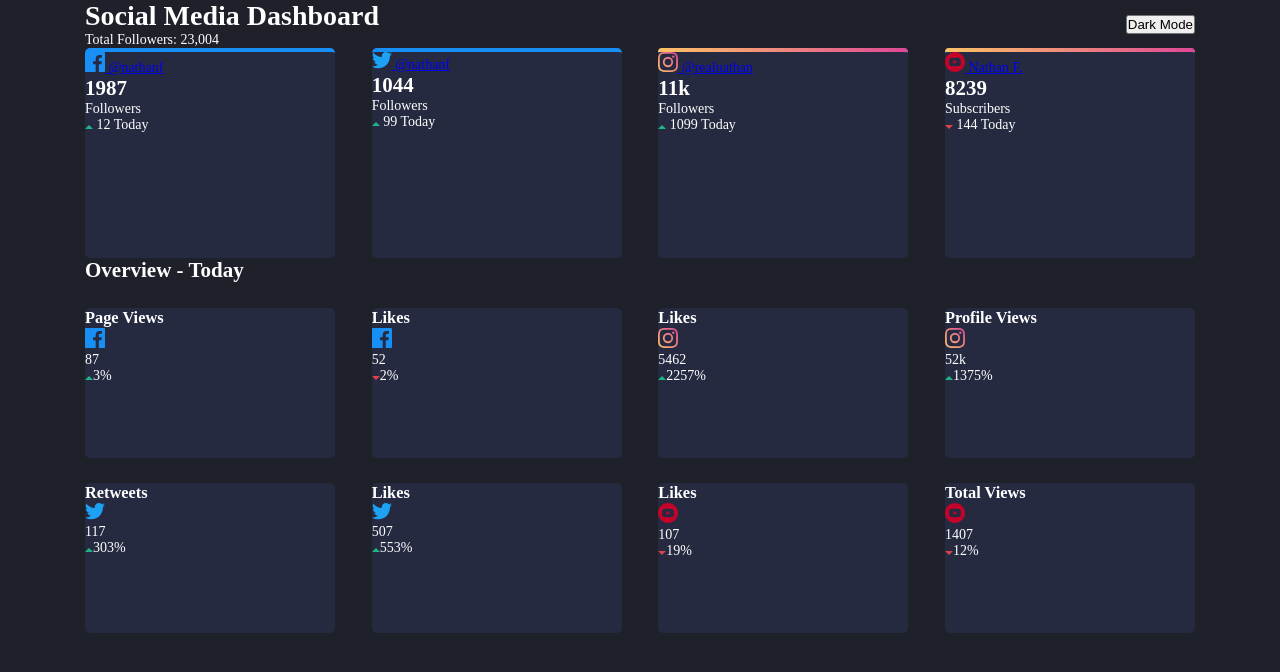
Repository: mamulini/social-media-dashboard-with-theme-switcher-master
Page: index.html
These files come from the project's save history. The page is drawn as it stood at one moment and after the next save; the edit follows.
The browser window is 1280 px wide. The pictures show the whole page.

Above is the page before, as saved 2020-04-06 14:02:25.

### index.html
<!DOCTYPE html>
<html lang="en">

<head>
  <meta charset="UTF-8">
  <meta name="viewport" content="width=device-width, initial-scale=1.0">
  <link rel="icon" type="image/png" sizes="32x32" href="./images/favicon-32x32.png">
  <link rel="stylesheet" href="./css/style.css">
  <title>Frontend Mentor | [Challenge Name Here]</title>
</head>

<body>
  <main class="dashboard container">
    <header class="header">
      <div class="title">
        <h1 class="title__name">Social Media Dashboard</h1>
        <p class="title__total">Total Followers: 23,004</p>
      </div>
      <button class="theme" type="button">Dark Mode</button>
    </header>
    <div class="followers_block">
      <div class="folowers">

        <a class="followers__link" href="#"><svg xmlns="http://www.w3.org/2000/svg" width="20" height="20">
          <path fill="#178FF5" d="M18.896 0H1.104C.494 0 0 .494 0 1.104v17.793C0 19.506.494 20 1.104 20h9.58v-7.745H8.076V9.237h2.606V7.01c0-2.583 1.578-3.99 3.883-3.99 1.104 0 2.052.082 2.329.119v2.7h-1.598c-1.254 0-1.496.597-1.496 1.47v1.928h2.989l-.39 3.018h-2.6V20h5.098c.608 0 1.102-.494 1.102-1.104V1.104C20 .494 19.506 0 18.896 0z"/>
        </svg> @nathanf</a>
        <h2 class="followers__sum">1987</h2>
        <p class="followers__title">Followers</p>
        <p class="followers__today"><svg xmlns="http://www.w3.org/2000/svg" width="8" height="4"><path fill="#1EB589" fill-rule="evenodd" d="M0 4l4-4 4 4z"/></svg> 12 Today</p>
      </div>
      <div class="folowers">
        <a class="followers__link" href="#"><svg xmlns="http://www.w3.org/2000/svg" width="20" height="17"><path fill="#1DA1F2" d="M20 1.924a8.192 8.192 0 01-2.357.646A4.11 4.11 0 0019.448.3a8.22 8.22 0 01-2.606.996A4.096 4.096 0 0013.847 0c-2.65 0-4.596 2.472-3.998 5.037A11.648 11.648 0 011.392.752a4.109 4.109 0 001.27 5.478 4.086 4.086 0 01-1.858-.513C.76 7.616 2.122 9.395 4.095 9.79a4.113 4.113 0 01-1.853.07 4.106 4.106 0 003.833 2.849A8.25 8.25 0 010 14.41a11.616 11.616 0 006.29 1.843c7.618 0 11.922-6.434 11.663-12.205A8.354 8.354 0 0020 1.924z"/></svg> @nathanf</a>
        <h2 class="followers__sum">1044</h2>
        <p class="followers__title">Followers</p>
        <p class="followers__today"><svg xmlns="http://www.w3.org/2000/svg" width="8" height="4"><path fill="#1EB589" fill-rule="evenodd" d="M0 4l4-4 4 4z"/></svg> 99 Today</p>
      </div>
      <div class="folowers folowers--instagram">
        <a class="followers__link" href="#"><svg xmlns="http://www.w3.org/2000/svg" width="20" height="20"><defs><linearGradient id="a" x1="100%" x2="0%" y1="0%" y2="100%"><stop offset="0%" stop-color="#DF4896"/><stop offset="50.913%" stop-color="#EE877E"/><stop offset="100%" stop-color="#FDC366"/></linearGradient></defs><path fill="url(#a)" d="M10 1.802c2.67 0 2.987.01 4.042.059 2.71.123 3.975 1.409 4.099 4.099.048 1.054.057 1.37.057 4.04 0 2.672-.01 2.988-.057 4.042-.124 2.687-1.387 3.975-4.1 4.099-1.054.048-1.37.058-4.041.058-2.67 0-2.987-.01-4.04-.058-2.717-.124-3.977-1.416-4.1-4.1-.048-1.054-.058-1.37-.058-4.041 0-2.67.01-2.986.058-4.04.124-2.69 1.387-3.977 4.1-4.1 1.054-.048 1.37-.058 4.04-.058zM10 0C7.284 0 6.944.012 5.878.06 2.246.227.228 2.242.06 5.877.01 6.944 0 7.284 0 10s.012 3.057.06 4.123c.167 3.632 2.182 5.65 5.817 5.817 1.067.048 1.407.06 4.123.06s3.057-.012 4.123-.06c3.629-.167 5.652-2.182 5.816-5.817.05-1.066.061-1.407.061-4.123s-.012-3.056-.06-4.122C19.777 2.249 17.76.228 14.124.06 13.057.01 12.716 0 10 0zm0 4.865a5.135 5.135 0 100 10.27 5.135 5.135 0 000-10.27zm0 8.468a3.333 3.333 0 110-6.666 3.333 3.333 0 010 6.666zm5.338-9.87a1.2 1.2 0 100 2.4 1.2 1.2 0 000-2.4z"/></svg> @realnathan</a>
        <h2 class="followers__sum">11k</h2>
        <p class="followers__title">Followers</p>
        <p class="followers__today"><svg xmlns="http://www.w3.org/2000/svg" width="8" height="4"><path fill="#1EB589" fill-rule="evenodd" d="M0 4l4-4 4 4z"/></svg> 1099 Today</p>
      </div>
      <div class="folowers folowers--youtube">
        <a class="followers__link" href="#"><svg xmlns="http://www.w3.org/2000/svg" width="20" height="20"><path fill="#C4032B" d="M10 0C4.478 0 0 4.478 0 10c0 5.523 4.478 10 10 10 5.523 0 10-4.477 10-10 0-5.522-4.477-10-10-10zm3.7 14.077c-1.75.12-5.652.12-7.402 0-1.896-.13-2.117-1.059-2.131-4.077.014-3.024.237-3.947 2.131-4.077 1.75-.12 5.652-.12 7.403 0 1.897.13 2.117 1.059 2.132 4.077-.015 3.024-.237 3.947-2.132 4.077zM8.334 8.048l4.098 1.949-4.098 1.955V8.048z"/></svg> Nathan F.</a>
        <h2 class="followers__sum">8239</h2>
        <p class="followers__title">Subscribers</p>
        <p class="followers__today"><svg xmlns="http://www.w3.org/2000/svg" width="8" height="4"><path fill="#DC414C" fill-rule="evenodd" d="M0 0l4 4 4-4z"/></svg> 144 Today</p>
      </div>

    </div>
    <div class="overview">
      <h2 class="overview__title">Overview - Today</h2>
    </div>
    <div class="likes_counter">
      <div class="likes">
        <h3 class="likes__title">Page Views</h3>
        <svg xmlns="http://www.w3.org/2000/svg" width="20" height="20"><path fill="#178FF5" d="M18.896 0H1.104C.494 0 0 .494 0 1.104v17.793C0 19.506.494 20 1.104 20h9.58v-7.745H8.076V9.237h2.606V7.01c0-2.583 1.578-3.99 3.883-3.99 1.104 0 2.052.082 2.329.119v2.7h-1.598c-1.254 0-1.496.597-1.496 1.47v1.928h2.989l-.39 3.018h-2.6V20h5.098c.608 0 1.102-.494 1.102-1.104V1.104C20 .494 19.506 0 18.896 0z"/></svg>
        <p class="likes__num">87</p>
        <p class="likes__procent"><svg xmlns="http://www.w3.org/2000/svg" width="8" height="4"><path fill="#1EB589" fill-rule="evenodd" d="M0 4l4-4 4 4z"/></svg>3%</p>
      </div>
      <div class="likes">
        <h3 class="likes__title">Likes</h3>
        <svg xmlns="http://www.w3.org/2000/svg" width="20" height="20"><path fill="#178FF5" d="M18.896 0H1.104C.494 0 0 .494 0 1.104v17.793C0 19.506.494 20 1.104 20h9.58v-7.745H8.076V9.237h2.606V7.01c0-2.583 1.578-3.99 3.883-3.99 1.104 0 2.052.082 2.329.119v2.7h-1.598c-1.254 0-1.496.597-1.496 1.47v1.928h2.989l-.39 3.018h-2.6V20h5.098c.608 0 1.102-.494 1.102-1.104V1.104C20 .494 19.506 0 18.896 0z"/></svg>
        <p class="likes__num">52</p>
        <p class="likes__procent"><svg xmlns="http://www.w3.org/2000/svg" width="8" height="4"><path fill="#DC414C" fill-rule="evenodd" d="M0 0l4 4 4-4z"/></svg>2%</p>
      </div>
      <div class="likes">
        <h3 class="likes__title">Likes</h3>
        <svg xmlns="http://www.w3.org/2000/svg" width="20" height="20"><defs><linearGradient id="a" x1="100%" x2="0%" y1="0%" y2="100%"><stop offset="0%" stop-color="#DF4896"/><stop offset="50.913%" stop-color="#EE877E"/><stop offset="100%" stop-color="#FDC366"/></linearGradient></defs><path fill="url(#a)" d="M10 1.802c2.67 0 2.987.01 4.042.059 2.71.123 3.975 1.409 4.099 4.099.048 1.054.057 1.37.057 4.04 0 2.672-.01 2.988-.057 4.042-.124 2.687-1.387 3.975-4.1 4.099-1.054.048-1.37.058-4.041.058-2.67 0-2.987-.01-4.04-.058-2.717-.124-3.977-1.416-4.1-4.1-.048-1.054-.058-1.37-.058-4.041 0-2.67.01-2.986.058-4.04.124-2.69 1.387-3.977 4.1-4.1 1.054-.048 1.37-.058 4.04-.058zM10 0C7.284 0 6.944.012 5.878.06 2.246.227.228 2.242.06 5.877.01 6.944 0 7.284 0 10s.012 3.057.06 4.123c.167 3.632 2.182 5.65 5.817 5.817 1.067.048 1.407.06 4.123.06s3.057-.012 4.123-.06c3.629-.167 5.652-2.182 5.816-5.817.05-1.066.061-1.407.061-4.123s-.012-3.056-.06-4.122C19.777 2.249 17.76.228 14.124.06 13.057.01 12.716 0 10 0zm0 4.865a5.135 5.135 0 100 10.27 5.135 5.135 0 000-10.27zm0 8.468a3.333 3.333 0 110-6.666 3.333 3.333 0 010 6.666zm5.338-9.87a1.2 1.2 0 100 2.4 1.2 1.2 0 000-2.4z"/></svg>
        <p class="likes__num">5462</p>
        <p class="likes__procent"><svg xmlns="http://www.w3.org/2000/svg" width="8" height="4"><path fill="#1EB589" fill-rule="evenodd" d="M0 4l4-4 4 4z"/></svg>2257%</p>
      </div>
      <div class="likes">
        <h3 class="likes__title">Profile Views</h3>
        <svg xmlns="http://www.w3.org/2000/svg" width="20" height="20"><defs><linearGradient id="a" x1="100%" x2="0%" y1="0%" y2="100%"><stop offset="0%" stop-color="#DF4896"/><stop offset="50.913%" stop-color="#EE877E"/><stop offset="100%" stop-color="#FDC366"/></linearGradient></defs><path fill="url(#a)" d="M10 1.802c2.67 0 2.987.01 4.042.059 2.71.123 3.975 1.409 4.099 4.099.048 1.054.057 1.37.057 4.04 0 2.672-.01 2.988-.057 4.042-.124 2.687-1.387 3.975-4.1 4.099-1.054.048-1.37.058-4.041.058-2.67 0-2.987-.01-4.04-.058-2.717-.124-3.977-1.416-4.1-4.1-.048-1.054-.058-1.37-.058-4.041 0-2.67.01-2.986.058-4.04.124-2.69 1.387-3.977 4.1-4.1 1.054-.048 1.37-.058 4.04-.058zM10 0C7.284 0 6.944.012 5.878.06 2.246.227.228 2.242.06 5.877.01 6.944 0 7.284 0 10s.012 3.057.06 4.123c.167 3.632 2.182 5.65 5.817 5.817 1.067.048 1.407.06 4.123.06s3.057-.012 4.123-.06c3.629-.167 5.652-2.182 5.816-5.817.05-1.066.061-1.407.061-4.123s-.012-3.056-.06-4.122C19.777 2.249 17.76.228 14.124.06 13.057.01 12.716 0 10 0zm0 4.865a5.135 5.135 0 100 10.27 5.135 5.135 0 000-10.27zm0 8.468a3.333 3.333 0 110-6.666 3.333 3.333 0 010 6.666zm5.338-9.87a1.2 1.2 0 100 2.4 1.2 1.2 0 000-2.4z"/></svg>
        <p class="likes__num">52k</p>
        <p class="likes__procent"><svg xmlns="http://www.w3.org/2000/svg" width="8" height="4"><path fill="#1EB589" fill-rule="evenodd" d="M0 4l4-4 4 4z"/></svg>1375%</p>
      </div>
      <div class="likes">
        <h3 class="likes__title">Retweets</h3>
        <svg xmlns="http://www.w3.org/2000/svg" width="20" height="17"><path fill="#1DA1F2" d="M20 1.924a8.192 8.192 0 01-2.357.646A4.11 4.11 0 0019.448.3a8.22 8.22 0 01-2.606.996A4.096 4.096 0 0013.847 0c-2.65 0-4.596 2.472-3.998 5.037A11.648 11.648 0 011.392.752a4.109 4.109 0 001.27 5.478 4.086 4.086 0 01-1.858-.513C.76 7.616 2.122 9.395 4.095 9.79a4.113 4.113 0 01-1.853.07 4.106 4.106 0 003.833 2.849A8.25 8.25 0 010 14.41a11.616 11.616 0 006.29 1.843c7.618 0 11.922-6.434 11.663-12.205A8.354 8.354 0 0020 1.924z"/></svg>
        <p class="likes__num">117</p>
        <p class="likes__procent"><svg xmlns="http://www.w3.org/2000/svg" width="8" height="4"><path fill="#1EB589" fill-rule="evenodd" d="M0 4l4-4 4 4z"/></svg>303%</p>
      </div>
      <div class="likes">
        <h3 class="likes__title">Likes</h3>
        <svg xmlns="http://www.w3.org/2000/svg" width="20" height="17"><path fill="#1DA1F2" d="M20 1.924a8.192 8.192 0 01-2.357.646A4.11 4.11 0 0019.448.3a8.22 8.22 0 01-2.606.996A4.096 4.096 0 0013.847 0c-2.65 0-4.596 2.472-3.998 5.037A11.648 11.648 0 011.392.752a4.109 4.109 0 001.27 5.478 4.086 4.086 0 01-1.858-.513C.76 7.616 2.122 9.395 4.095 9.79a4.113 4.113 0 01-1.853.07 4.106 4.106 0 003.833 2.849A8.25 8.25 0 010 14.41a11.616 11.616 0 006.29 1.843c7.618 0 11.922-6.434 11.663-12.205A8.354 8.354 0 0020 1.924z"/></svg>
        <p class="likes__num">507</p>
        <p class="likes__procent"><svg xmlns="http://www.w3.org/2000/svg" width="8" height="4"><path fill="#1EB589" fill-rule="evenodd" d="M0 4l4-4 4 4z"/></svg>553%</p>
      </div>
      <div class="likes">
        <h3 class="likes__title">Likes</h3>
        <svg xmlns="http://www.w3.org/2000/svg" width="20" height="20"><path fill="#C4032B" d="M10 0C4.478 0 0 4.478 0 10c0 5.523 4.478 10 10 10 5.523 0 10-4.477 10-10 0-5.522-4.477-10-10-10zm3.7 14.077c-1.75.12-5.652.12-7.402 0-1.896-.13-2.117-1.059-2.131-4.077.014-3.024.237-3.947 2.131-4.077 1.75-.12 5.652-.12 7.403 0 1.897.13 2.117 1.059 2.132 4.077-.015 3.024-.237 3.947-2.132 4.077zM8.334 8.048l4.098 1.949-4.098 1.955V8.048z"/></svg>
        <p class="likes__num">107</p>
        <p class="likes__procent"><svg xmlns="http://www.w3.org/2000/svg" width="8" height="4"><path fill="#DC414C" fill-rule="evenodd" d="M0 0l4 4 4-4z"/></svg>19%</p>
      </div>
      <div class="likes">
        <h3 class="likes__title">Total Views</h3>
        <svg xmlns="http://www.w3.org/2000/svg" width="20" height="20"><path fill="#C4032B" d="M10 0C4.478 0 0 4.478 0 10c0 5.523 4.478 10 10 10 5.523 0 10-4.477 10-10 0-5.522-4.477-10-10-10zm3.7 14.077c-1.75.12-5.652.12-7.402 0-1.896-.13-2.117-1.059-2.131-4.077.014-3.024.237-3.947 2.131-4.077 1.75-.12 5.652-.12 7.403 0 1.897.13 2.117 1.059 2.132 4.077-.015 3.024-.237 3.947-2.132 4.077zM8.334 8.048l4.098 1.949-4.098 1.955V8.048z"/></svg>
        <p class="likes__num">1407</p>
        <p class="likes__procent"><svg xmlns="http://www.w3.org/2000/svg" width="8" height="4"><path fill="#DC414C" fill-rule="evenodd" d="M0 0l4 4 4-4z"/></svg>12%</p>
      </div>
    </div>
  </main>
  <!-- <div class="attribution">
    Challenge by <a href="https://www.frontendmentor.io?ref=challenge" target="_blank">Frontend Mentor</a>.
    Coded by <a href="#">Your Name Here</a>.
  </div> -->
</body>

</html>

### css/style.css
*{
    padding: 0;
    margin: 0;
    box-sizing: border-box;
}

body{
    font-size: 14px;
    background: hsl(230, 17%, 14%);
    color: #ffffff;
}

.container{
    max-width: 1110px;
    margin: 0 auto;

}

.header{
    display: flex;
    justify-content: space-between;
    align-items: center;
}

.followers_block{
    display: flex;
    justify-content: space-between;
}

.folowers{
    width: 250px;
    height: 210px;
    border-top: 4px solid #178FF5;
    border-radius: 5px;
    background: hsl(228, 28%, 20%);
    position: relative;
}

.folowers--instagram::before{
    content:'';
    position:absolute;
    width:100%;
    height:4px;
    background:linear-gradient(to left, #DF4896 0% , #EE877E 50%, #FDC366 100%);
    top:-4px;
    left:0;
    border-radius: 5px 5px 0 0 ;
}

.folowers--youtube::before{
    content:'';
    position:absolute;
    width:100%;
    height:4px;
    background:linear-gradient(to left, #DF4896 0% , #EE877E 50%, #FDC366 100%);
    top:-4px;
    left:0;
    border-radius: 5px 5px 0 0 ;
}

.likes_counter{
    display: flex;
    justify-content: space-between;
    flex-wrap: wrap;
}

.likes{
    flex: 0 0 calc(25% - #{$gap});
    width: 250px;
    height: 150px;
    background:  hsl(228, 28%, 20%);
    margin-top: 25px;
    border-radius: 5px;
}






.attribution { font-size: 11px; text-align: center; }
.attribution a { color: hsl(228, 45%, 44%); }

After the next save:
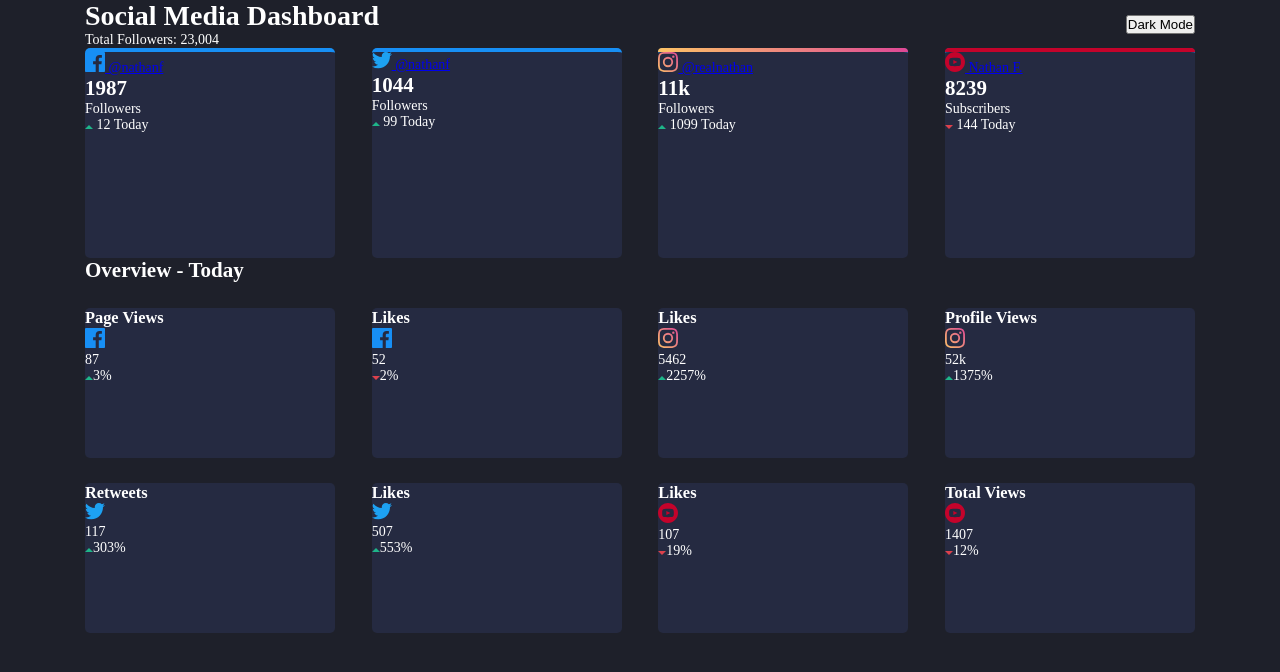
Saved 26 s later.
--- a/css/style.css
+++ b/css/style.css
@@ -52,7 +52,7 @@ body{
     position:absolute;
     width:100%;
     height:4px;
-    background:linear-gradient(to left, #DF4896 0% , #EE877E 50%, #FDC366 100%);
+    background: #C4032B;
     top:-4px;
     left:0;
     border-radius: 5px 5px 0 0 ;
